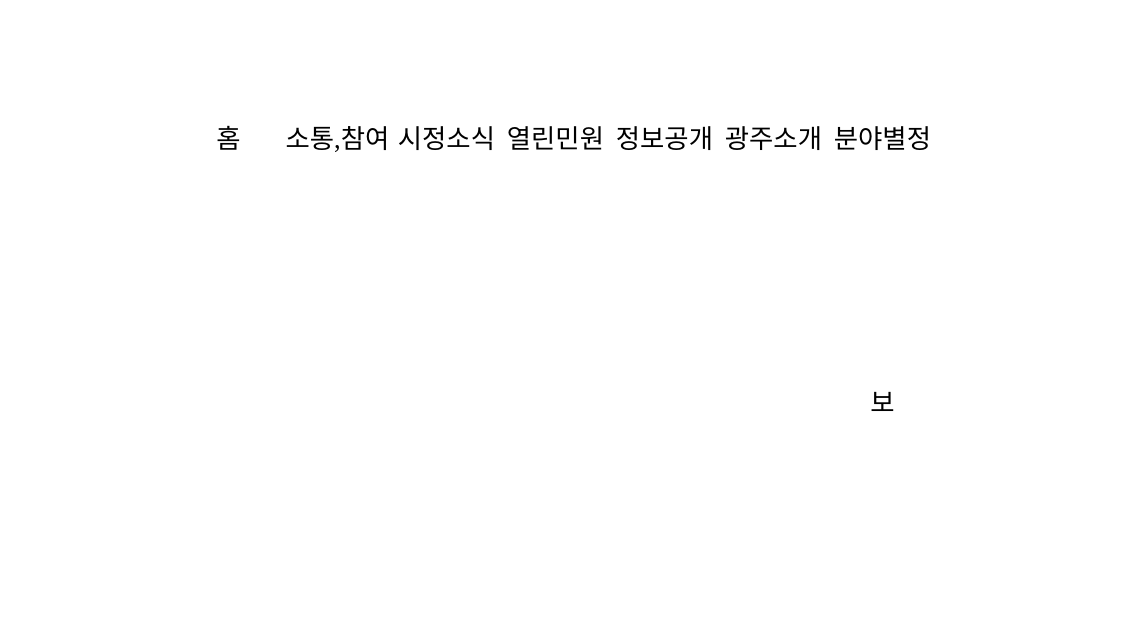
Repository: leejonggwon/Amora-Project
Page: http://localhost/JSP/ex07menubar.jsp
The author's editor kept a copy of each file at every save. The page is drawn from the files as they stood at one save, then again after the next save.
The browser window is 1280 px wide. The pictures show the whole page, at 88% of full size.
The page is served by Tomcat 9.

Above is the page before, as saved 2023-07-23 11:10:03.

### 04.Server/JSP/src/main/webapp/ex07menubar.jsp
<%@ page language="java" contentType="text/html; charset=EUC-KR"
    pageEncoding="EUC-KR"%>
<!DOCTYPE html>
<html>
<head>
<meta charset="EUC-KR">
<title>Insert title here</title>
<style type="text/css">

   #wrap{
      width: 70%;
      height: 300px;
      margin: auto;
   }
   .menu{
      width: 14%;
      height: 300px;
      text-align: center;
      line-height: 300px;
      font-size: 30px;
      float: left;
   }
   .menu:hover {
        background-color: gray;  <!--hover 마우스 올리는거 강제하는거 -->
   }

</style>
</head>
<body>
   <div id = "wrap">
      <div class ="menu">홈</div>   <!--class는 중복해서 넣을 수 있다-->
      <div class ="menu">소통,참여</div>
      <div class ="menu">시정소식</div>
      <div class ="menu">열린민원</div>
      <div class ="menu">정보공개</div>
      <div class ="menu">광주소개</div>
      <div class ="menu">분야별정보</div>
   </div>
</body>
</html>

After the next save:
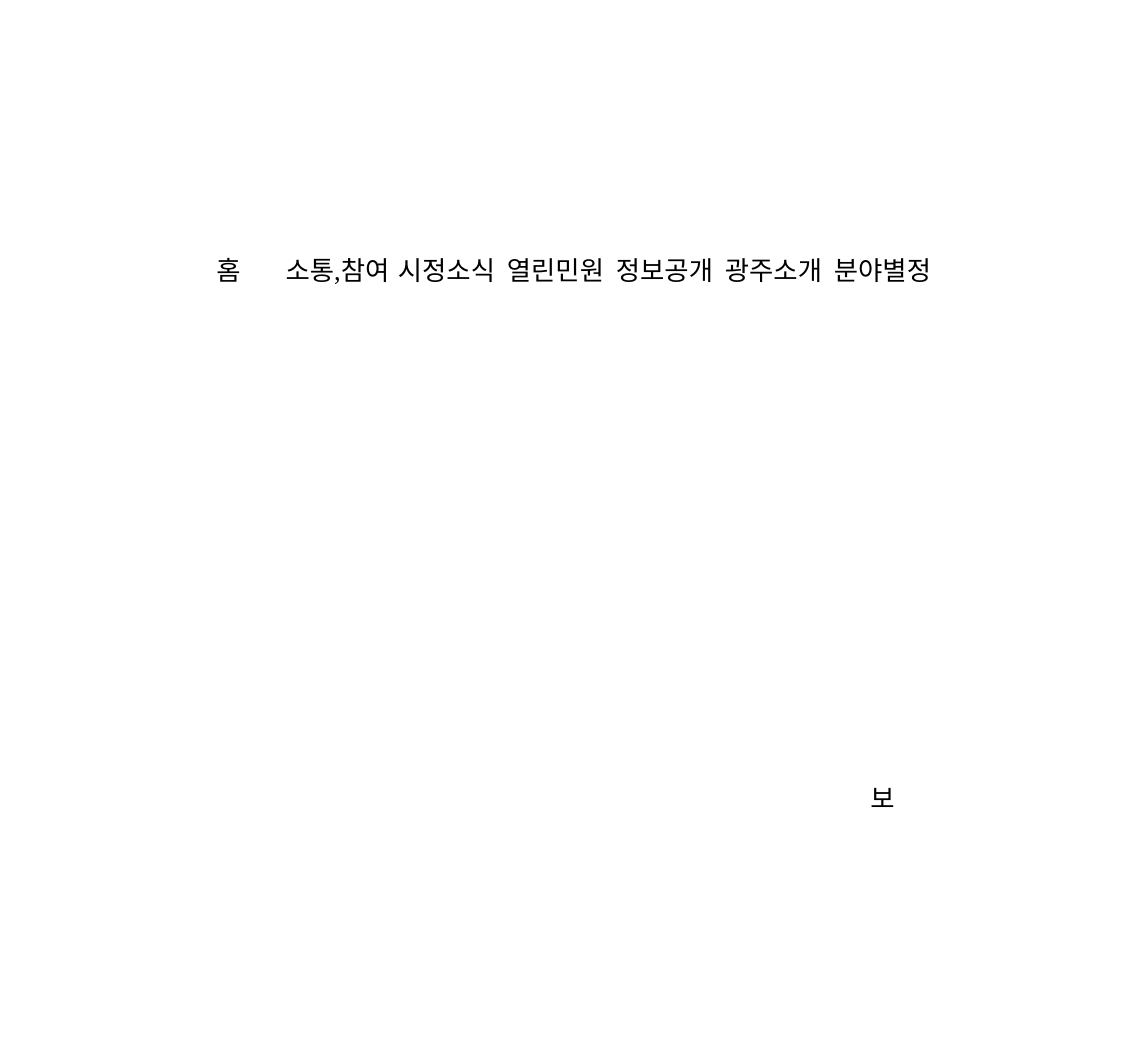
Saved 65 s later.
--- a/04.Server/JSP/src/main/webapp/ex07menubar.jsp
+++ b/04.Server/JSP/src/main/webapp/ex07menubar.jsp
@@ -16,7 +16,7 @@
       width: 14%;
       height: 300px;
       text-align: center;
-      line-height: 300px;
+      line-height: 600px;
       font-size: 30px;
       float: left;
    }

After the save that followed:
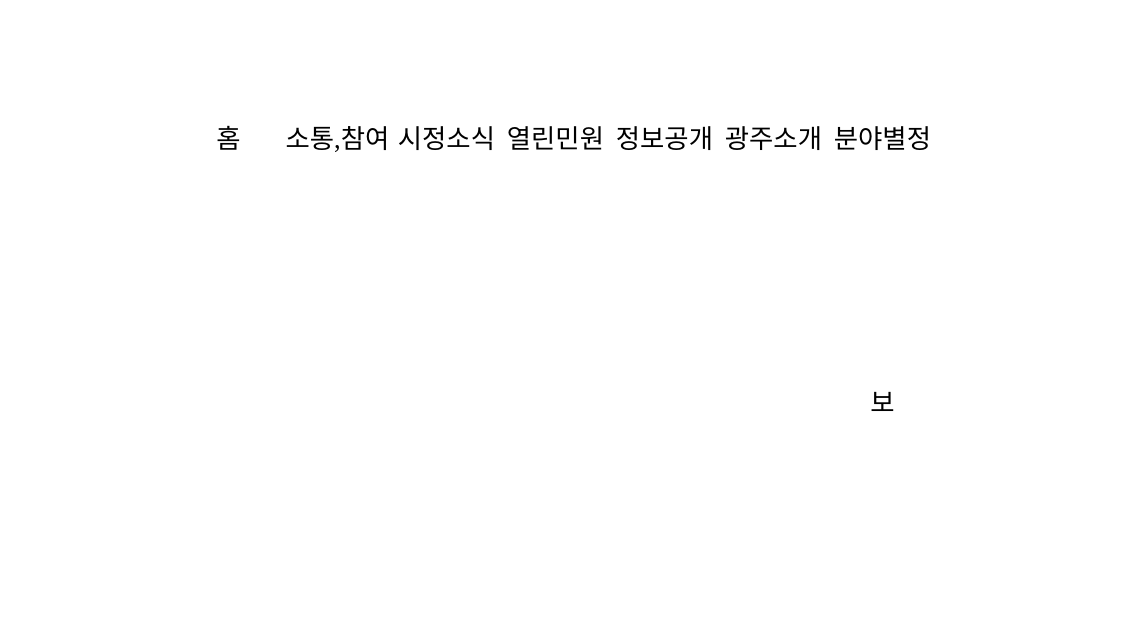
Saved 17 s later.
--- a/04.Server/JSP/src/main/webapp/ex07menubar.jsp
+++ b/04.Server/JSP/src/main/webapp/ex07menubar.jsp
@@ -16,7 +16,7 @@
       width: 14%;
       height: 300px;
       text-align: center;
-      line-height: 600px;
+      line-height: 300px;
       font-size: 30px;
       float: left;
    }
